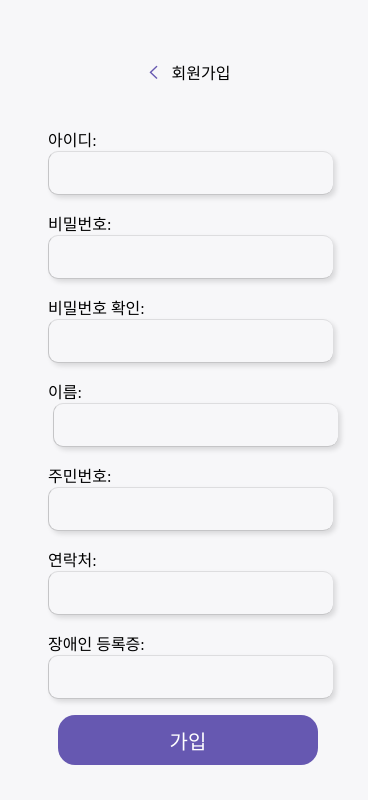
Repository: PEPI-dev/UI
Page: regist/regist.html
An editor plug-in stored every save of this project. The page is shown before and after a run of saves, followed by the edit.
The browser window is 360 px wide. The page is 368 px wide, so the pictures cover 368 px, including what lies to the right of the window. The pictures show the whole page.
Some web fonts or font styles are not loaded; a fallback is used.

Above is the page before, as saved 2023-12-04 17:45:57.

After the next 3 saves:
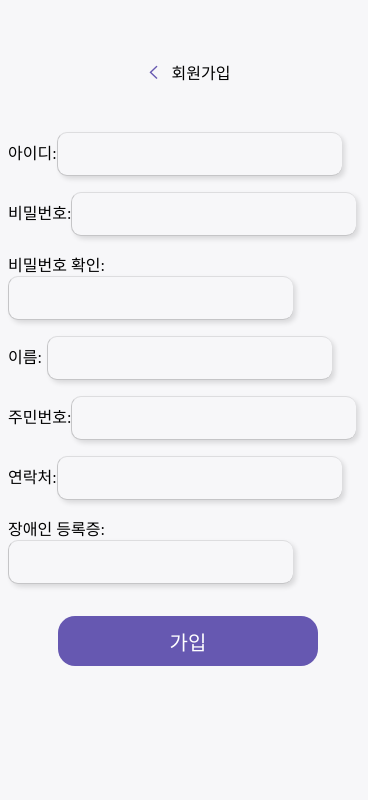
The 3 saves are shown as one change because they came seconds apart.
The last was saved 47 s later.
--- a/regist/regist.css
+++ b/regist/regist.css
@@ -82,7 +82,9 @@ body {
         margin-top: 35px;
     }
 
-
+    .input_ul{
+        padding: 0.1px;
+    }
 
     .input_form{
 
